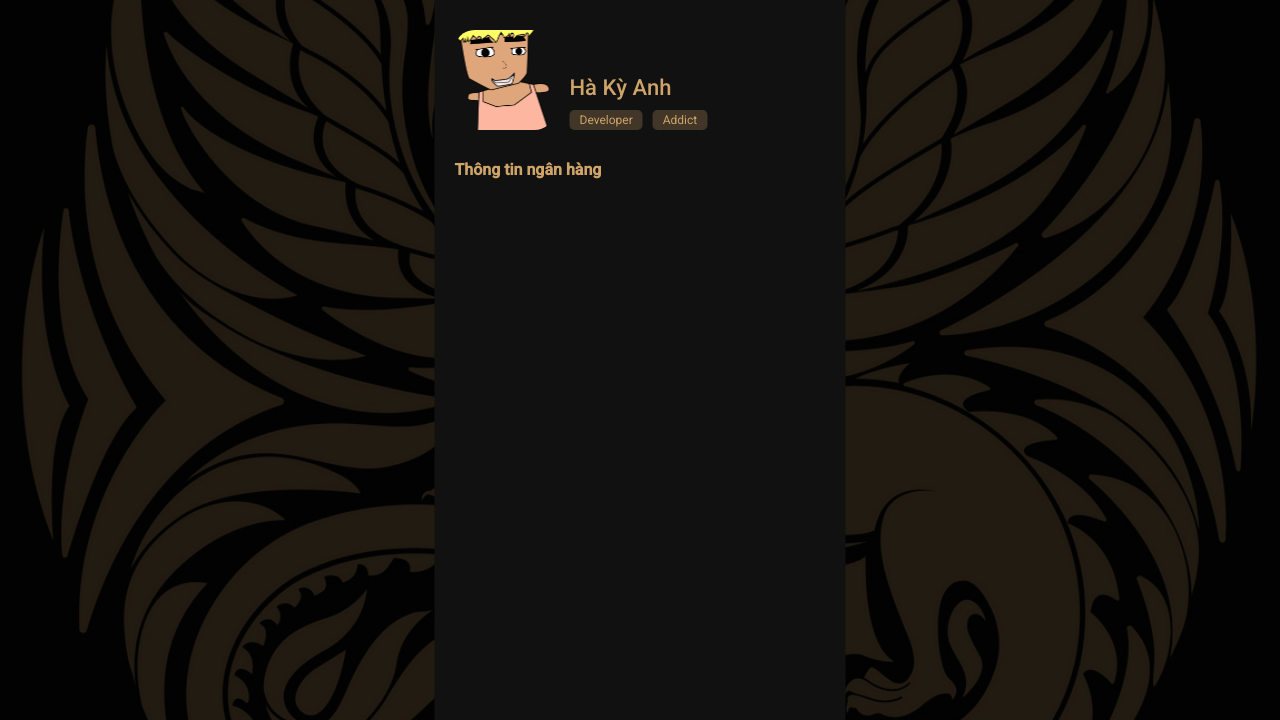
Repository: yzarc204/nguyen-tien-viet-hoang
Page: thong-tin-thanh-toan/index.html
These files come from the project's save history. The page is drawn as it stood at one moment and after the next save; the edit follows.
The browser window is 1280 px wide. The pictures show the whole page.

Above is the page before, as saved 2021-09-27 13:54:52.

After the next save:
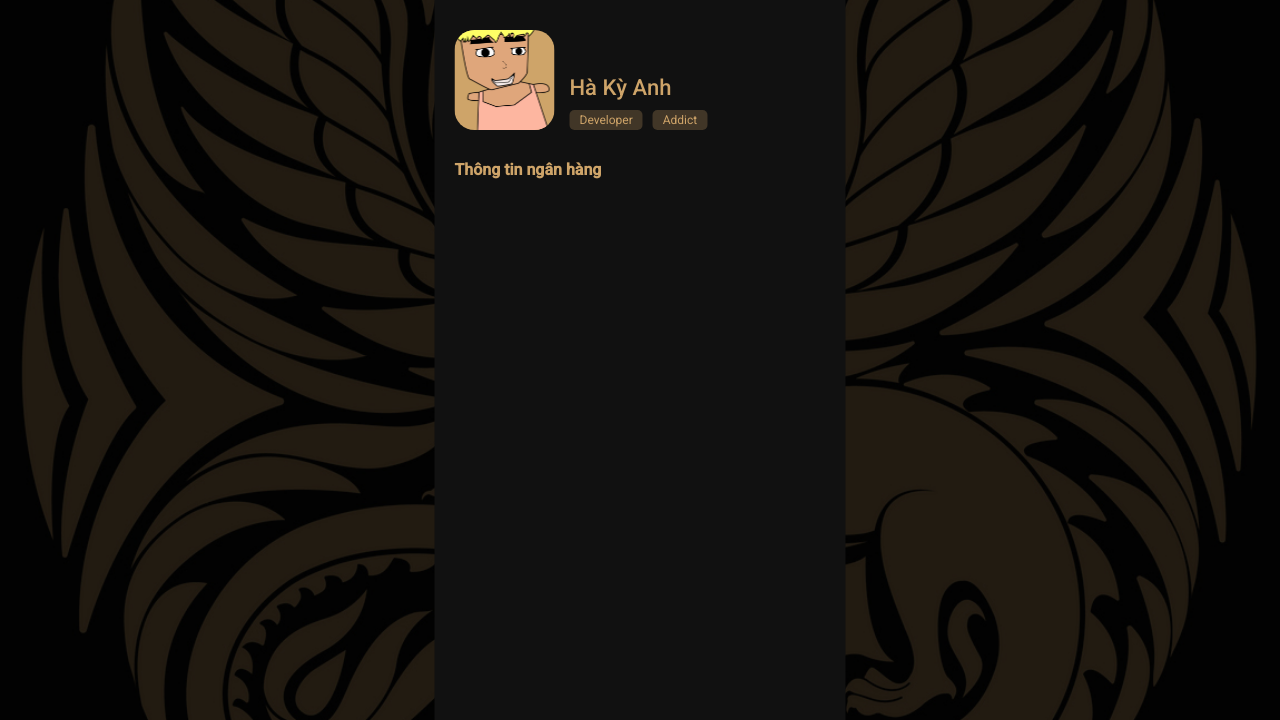
Saved 51 s later.
--- a/thong-tin-thanh-toan/public/css/index.css
+++ b/thong-tin-thanh-toan/public/css/index.css
@@ -46,6 +46,7 @@ body {
 .profile-avatar{
     width: 100px;
     height: 100px;
+    background-color: var(--dark-color);
     object-fit: cover;
     object-position: center;
     border-radius: 20px;
